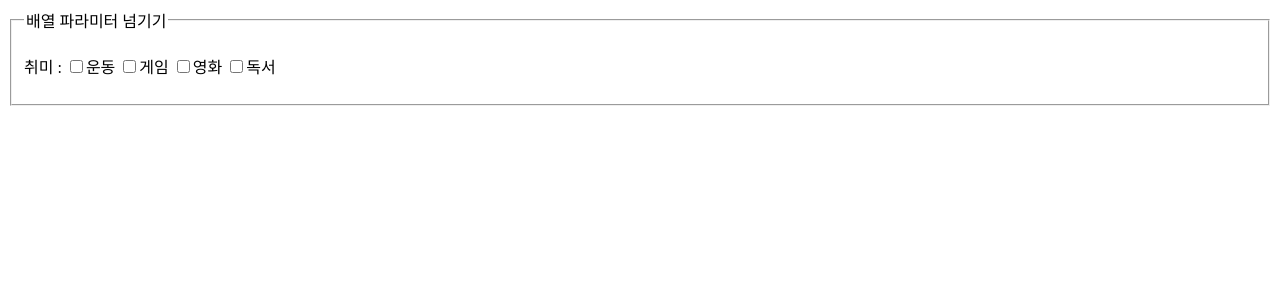
Repository: Kebiskim/2023_jspStudy
Page: 01_servlet/src/main/webapp/view/Ex09.html
These files come from the project's save history. The page is drawn as it stood at one moment and after the next save; the edit follows.
The browser window is 1280 px wide. The pictures show the whole page.

Above is the page before, as saved 2023-07-03 01:49:34.

After the next save:
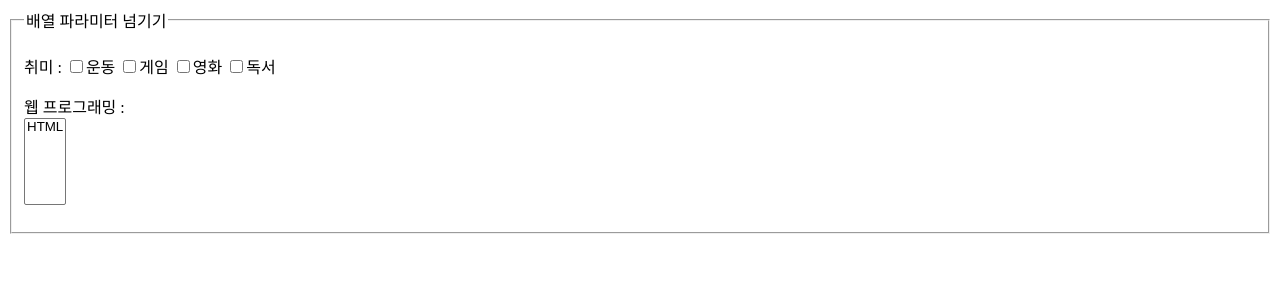
Saved 91 s later.
--- a/01_servlet/src/main/webapp/view/Ex09.html
+++ b/01_servlet/src/main/webapp/view/Ex09.html
@@ -15,6 +15,10 @@
 				<input type="checkbox" name="hobby" value="영화">영화
 				<input type="checkbox" name="hobby" value="독서">독서
 			</p>
+			<p>웹 프로그래밍 : <br>
+				<select name="web" multiple size="5">
+					<option>HTML</option>
+				</select>
 		</fieldset>
 	</form>
 
